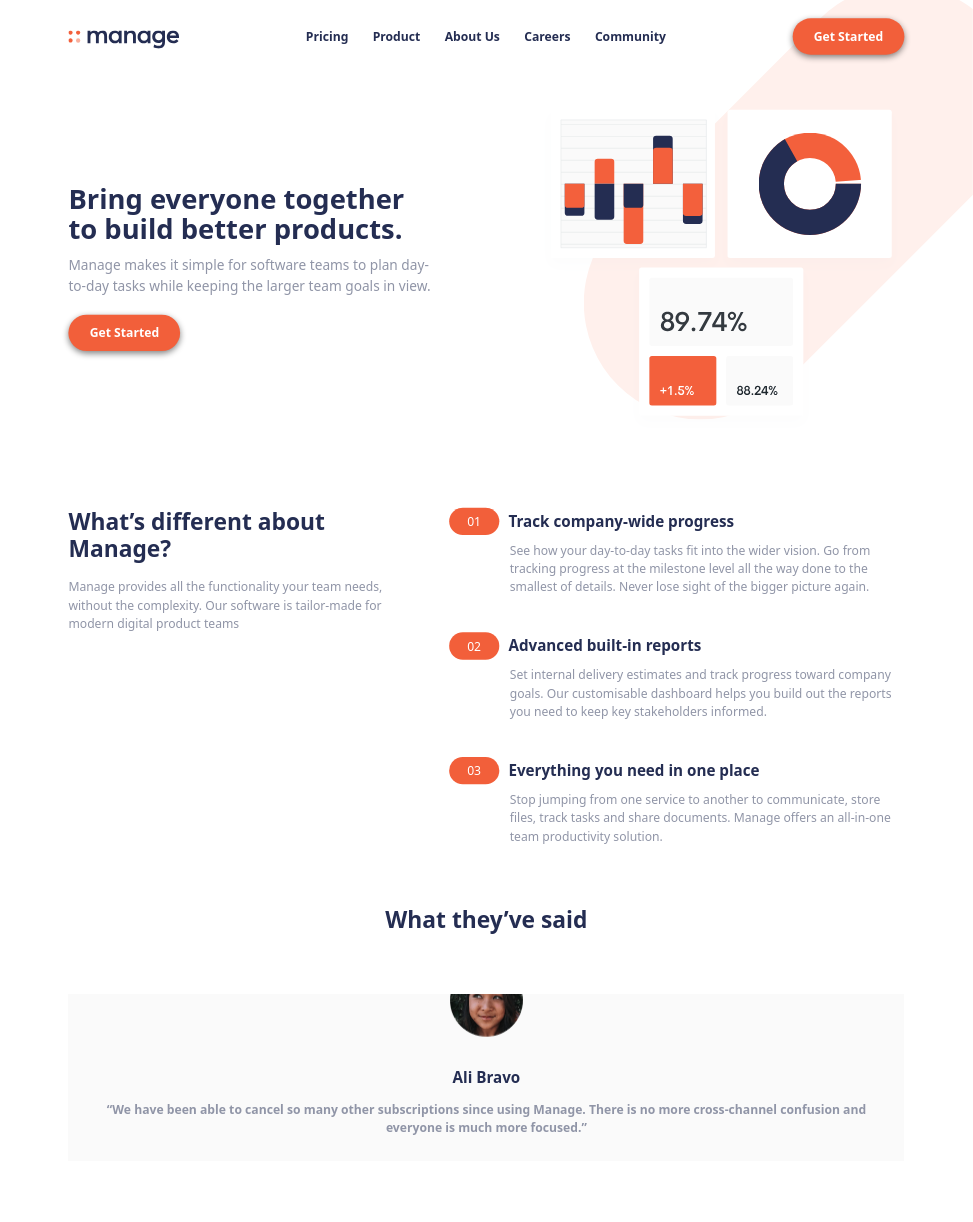
Repository: aqib-01/manage-landing-page
Page: /
The author's editor kept a copy of each file at every save. The page is drawn from the files as they stood at one save, then again after the next save.
The browser window is 1280 px wide. The pictures show the whole page, at 76% of full size.
The project was rebuilt for these pictures with package versions that can differ from the ones it lists, and the page was loaded fresh each time.

Above is the page before, as saved 2022-05-12 21:29:20.

After the next save:
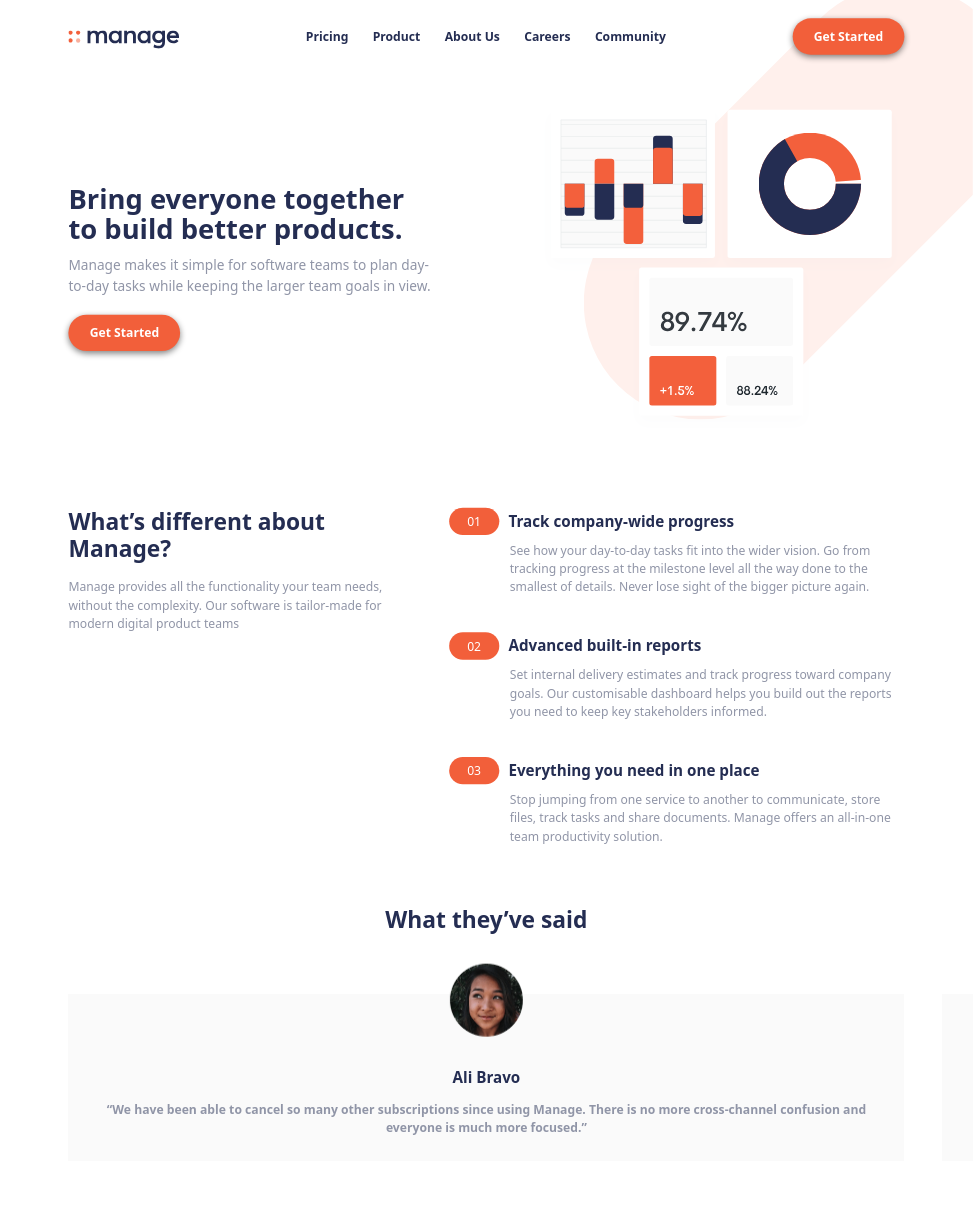
Saved 17 s later.
--- a/src/components/Testimonials.js
+++ b/src/components/Testimonials.js
@@ -8,7 +8,7 @@ const Testimonials = () => {
         <h2 className="text-3xl mb-20 text-center text-dark-blue font-semibold">
           What they’ve said{" "}
         </h2>
-        <Swiper className="overflow-visible" spaceBetween={50}>
+        <Swiper className="!overflow-visible" spaceBetween={50}>
           <SwiperSlide>
             <div className="bg-very-light-gray px-8 pb-8">
               <img
